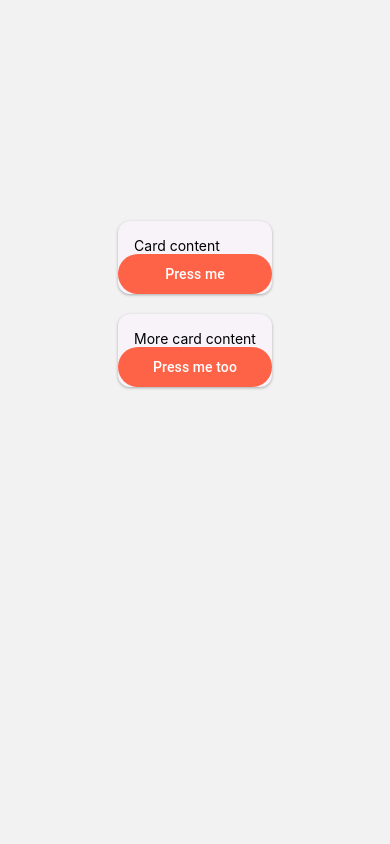
Repository: RidenShogunei/react-native-liveapp
Page: / (app in LiveTool/)
An editor plug-in stored every save of this project. The page is shown before and after the next save, followed by the edit.
The browser window is 390 px wide. The pictures show the whole page.
The app was drawn by React Native's web renderer in a window 390 px wide. The project was rebuilt for these pictures with package versions that can differ from the ones it lists, and the page was loaded fresh each time.

Above is the page before, as saved 2024-05-06 20:00:01.

After the next save:
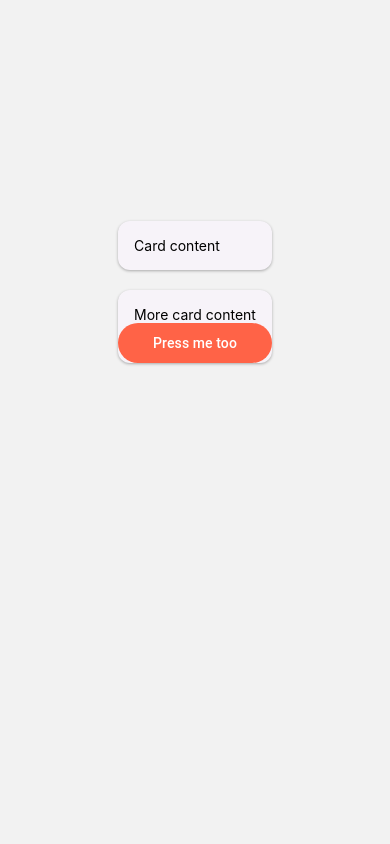
Saved 7 s later.
--- a/LiveTool/pages/mian.tsx
+++ b/LiveTool/pages/mian.tsx
@@ -10,9 +10,6 @@ function MainPage() {
             <Card.Content>
               <Text>Card content</Text>
             </Card.Content>
-            <Button mode="contained" onPress={() => console.log('Button pressed')}>
-              Press me
-            </Button>
           </Card>
           <Card style={{margin: 10}}>
             <Card.Content>
